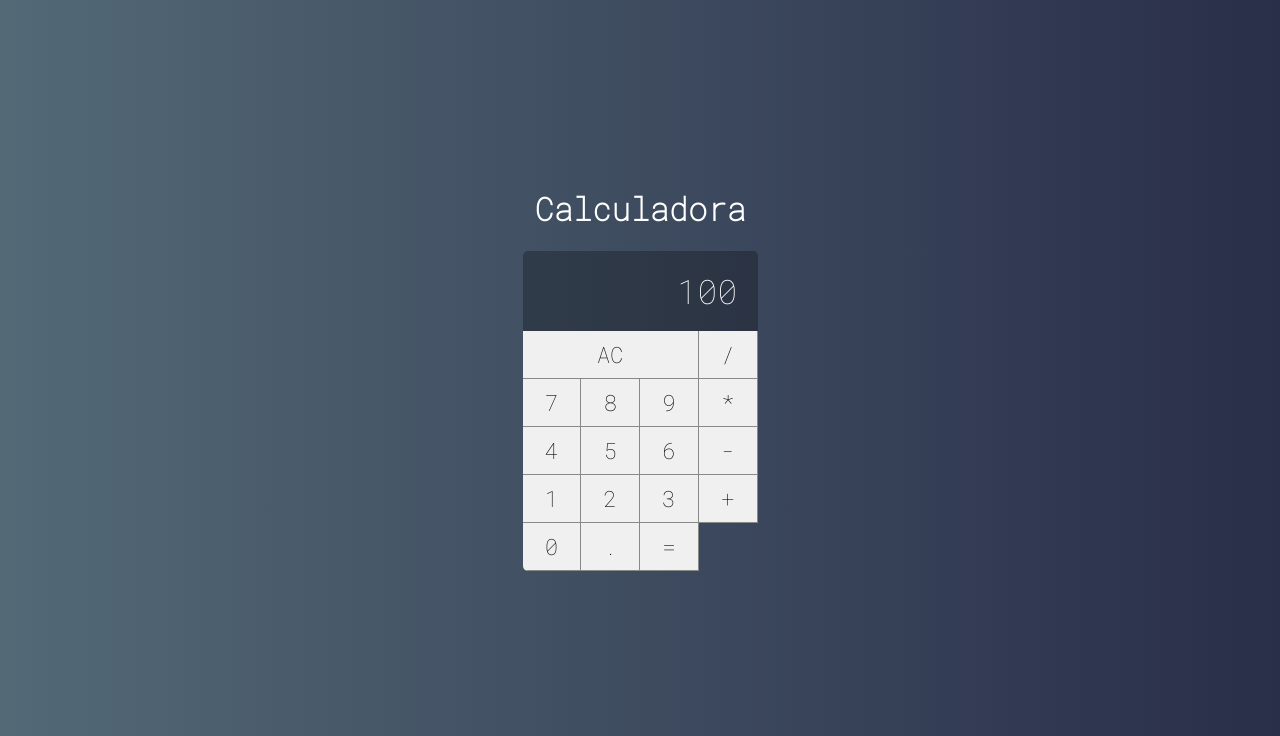
Repository: jean-siqueira/react-calculadora
Page: /
The author's editor kept a copy of each file at every save. The page is drawn from the files as they stood at one save, then again after the next save.
The browser window is 1280 px wide. The pictures show the whole page.
The project was rebuilt for these pictures with package versions that can differ from the ones it lists, and the page was loaded fresh each time.

Above is the page before, as saved 2023-03-25 13:00:00.

After the next save:
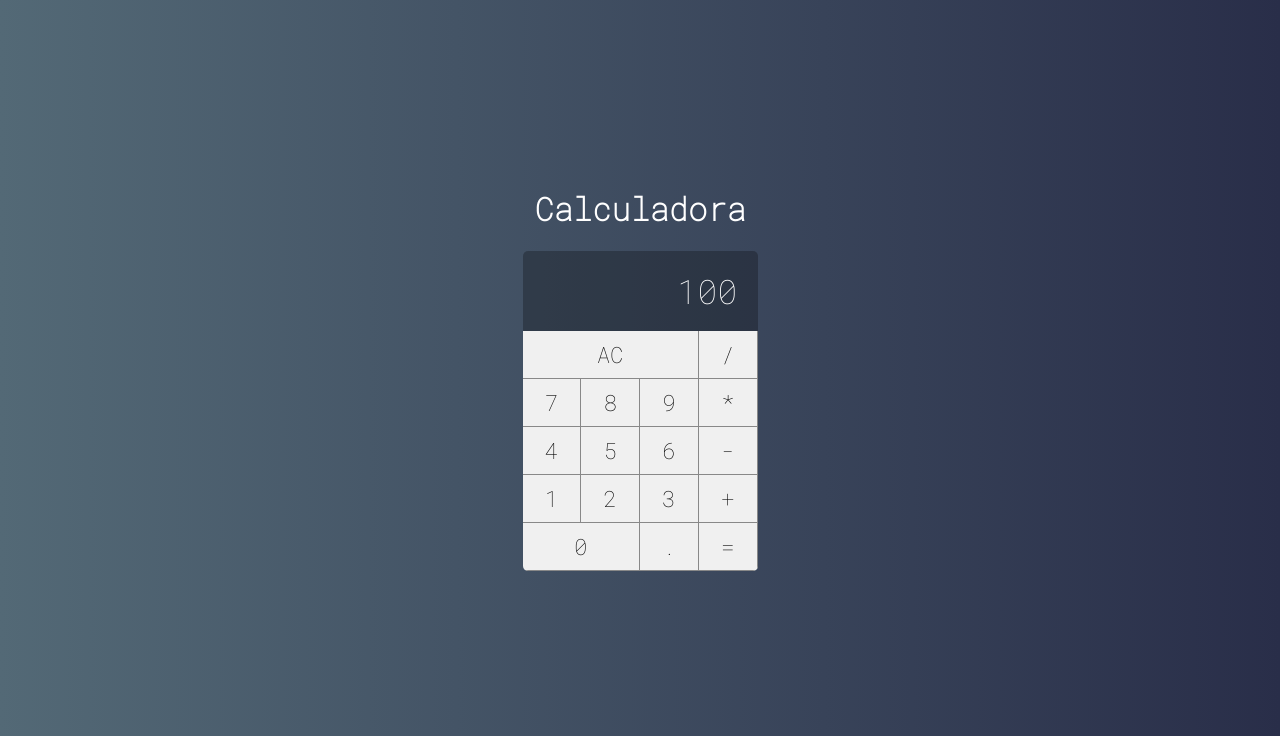
Saved 72 s later.
--- a/src/components/Button.jsx
+++ b/src/components/Button.jsx
@@ -4,7 +4,7 @@ import "./Button.css";
 export default (props) => {
   let classes = "button ";
   classes += props.operation ? "operation" : "";
-  classes += props.duble ? "duble" : "";
+  classes += props.double ? "double" : "";
   classes += props.triple ? "triple" : "";
 
   return <button onClick={e => props.click && props.click(props.label)} className={classes}>{props.label}</button>;
